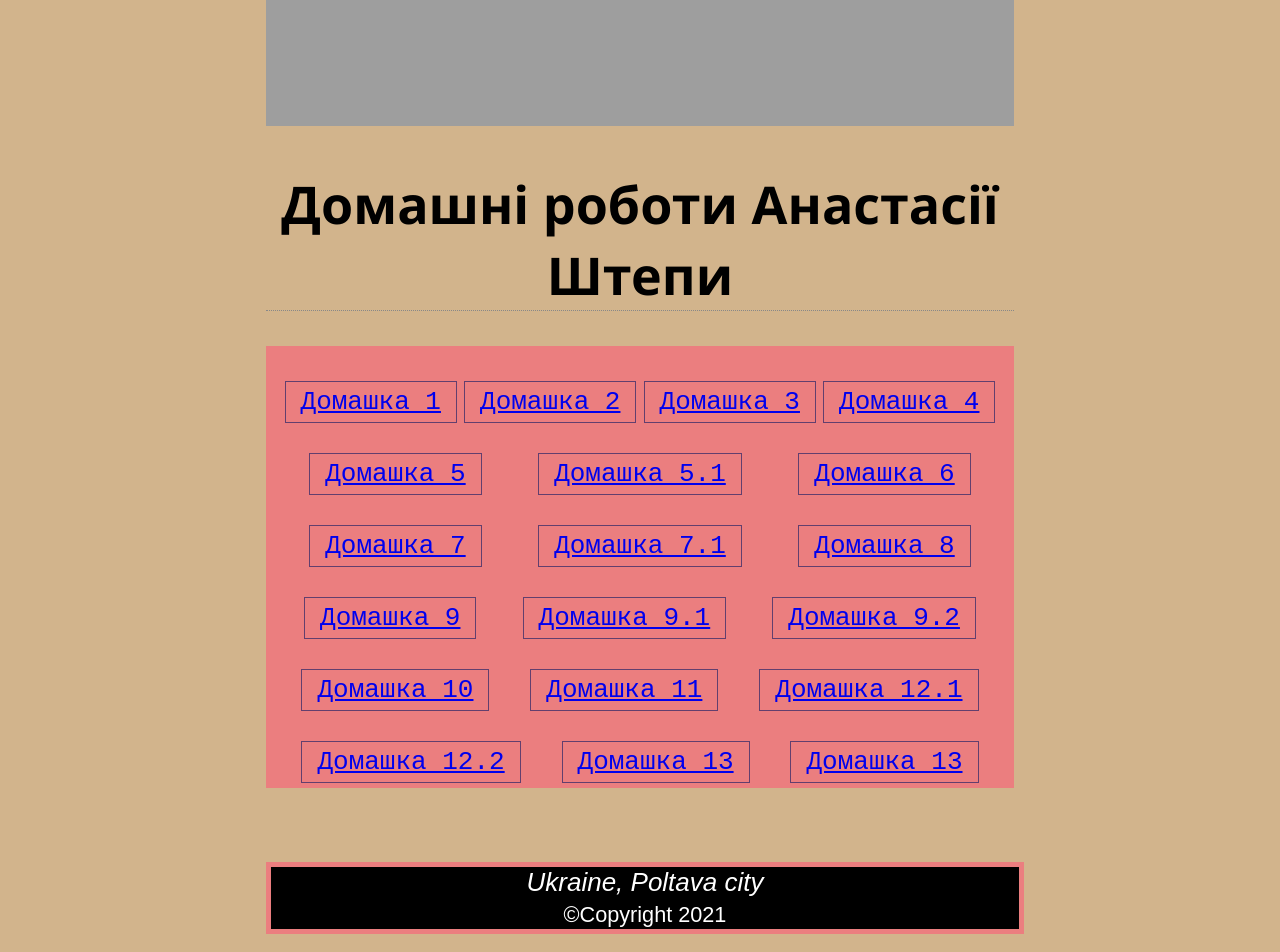
Repository: shtepaa/project-works.github.io
Page: index.html
An editor plug-in stored every save of this project. The page is shown before and after a run of saves, followed by the edit.
The browser window is 1280 px wide. The pictures show the part of the page from y = 192 to 1144 px (the page is 1144 px tall).
Pictures or frames that could not be fetched are drawn as grey boxes.

Above is the page before, as saved 2021-11-15 10:36:07.

### index.html
<!DOCTYPE html>
<html lang="en">
  <head>
    <meta charset="UTF-8" />
    <meta http-equiv="X-UA-Compatible" content="IE=edge" />
    <meta name="viewport" content="width=device-width, initial-scale=1.0" />
    <meta name="description" content="CV" />
    <meta
      name="author"
      content="Anastasiia Shtepa anastasiia.shtepa1990@gmail.com"
    />
    <title>Анастасия Штепа</title>
    <link type="text/css" rel="stylesheet" href="main.css" />
    <link rel="shortcut icon" href="./images/logo.png" type="image/png" />
  </head>
  <body>
    <!--Youtube -->
    <iframe
      width="100%"
      height="300"
      src="https://www.youtube.com/embed/FII4DRuiLLI"
      title="YouTube video player"
      frameborder="0"
      allow="accelerometer; autoplay; clipboard-write; encrypted-media; gyroscope; picture-in-picture"
      allowfullscreen
    ></iframe>
    <br />
    <header>
    <h1><b>Домашні роботи Анастасії Штепи</b></h1></header>
    <!--Домашки -->
    <div class=" container cover-box">
        <div class="cover"><a href="./resume2/index.html">Домашка 1</a></div>

        <div class="cover"><a href="./lesson-3-HTML5/lesson3.html">Домашка 2</a></div>

        <div class="cover"><a href="./lesson-4hard simple/simple/">Домашка 3</a></div>

        <div class="cover">
          <a href="./lesson-4hard simple/hard2/index.html">Домашка 4</a>
        </div>
        <div class="cover">
          <a href="./lesson-5-Figma/index.html">Домашка 5</a>
        </div>
        <div class="cover">
          <a href="./lesson 5.1 Photoshop/index.html">Домашка 5.1</a>
        </div>
        <div class="cover">
          <a href="./lesson 7/index.html">Домашка 6</a>
        </div>
        <div class="cover">
          <a href="./lesson-77/index.html">Домашка 7</a>
        </div>
        <div class="cover">
          <a href="./lesson-7.1/index.html">Домашка 7.1</a>
        </div>
        <div class="cover">
          <a href="./Les-8/index.html">Домашка 8</a>
        </div>
        <div class="cover">
          <a href="./lessons-9/index.html">Домашка 9</a>
        </div>
        <div class="cover">
          <a href="./lessons9.1/index.html">Домашка 9.1</a>
        </div>
        <div class="cover">
          <a href="./lessons- 9.2/index.html">Домашка 9.2</a>
        </div>

        <div class="cover">
          <a href="./lesson-10-homework/index.html">Домашка 10</a>
        </div>
        <div class="cover">
          <a href="./lesson-11-homework/index.html">Домашка 11</a>
        </div>
        <div class="cover">
          <a href="./lesson-12.1/index.html">Домашка 12.1</a>
        </div>
        <div class="cover">
          <a href="./lesson-12.2/index.html">Домашка 12.2</a>
        </div>
        <div class="cover">
          <a href="./lesson-13-home-work/index.html">Домашка 13</a>
        </div>
        <div class="cover">
          <a href="./lesson-13-home-work/index.html">Домашка 13</a>
        </div>
      </div>

    <!-- Локація -->
    <footer>
      <address>Ukraine, Poltava city</address>
      <small> &copy;Copyright 2021 </small>
    </footer>
  </body>
</html>

### main.css
@font-face {
  font-family: "Emblema One";
  src: url("./EmblemaOne-Regular.woff"), url("./EmblemaOne-Regular.ttf");
}

body {
  color: #000000;
  background-color: #d2b48c;
  margin-left: 20%;
  margin-right: 20%;
  padding: 10px 10px 10px 10px;
  font-family: sans-serif;
  font-size: 26px;
}

h1 {
  font-family: "Segoe UI", Tahoma, sans-serif;
  color: #000000;
  border-bottom: thin dotted #888888;
  text-align: center;
}

div {
  font-family: monospace, monospace;
  text-align: center;
  padding: 5px 15px; /* Поля */
  text-decoration: none; /* Убираем подчёркивание */
  color: #000; /* Цвет текста */
  background-color: #eb7e7f;

  margin-top: 30px;
}
div:hover {
  box-shadow: 0 0 5px rgba(0, 0, 0, 0.3); /* Тень */
  background: linear-gradient(
    to bottom,
    #623f6e,
    hsl(322, 38%, 86%)
  ); /* Градиент */
  color: #a00;
}
.cover {
  border: 1px solid #623f6e; /* Рамка */
  display: inline-block;
  padding: 5px 15px; /* Поля */
  text-decoration: none; /* Убираем подчёркивание */
  color: #000; /* Цвет текста */
  background-color: #eb7e7f;
}
.cover:hover {
  box-shadow: 0 0 5px rgba(0, 0, 0, 0.3); /* Тень */
  background: linear-gradient(to bottom, #fcfff4, #e9e9ce); /* Градиент */
  color: #a00;
}
.container {
  display: flex;
  flex-wrap: wrap;
  justify-content: space-around;
  align-items: flex-start;
}
footer {
  color: #ffffff;
  margin: 5px;
  border: 5px solid #eb7e7f;
  background-color: #000000;
  width: 100%;
  text-align: center;
  margin-top: 10%;
  margin-right: 0%;
  margin-bottom: 0%;
  margin-left: 0%;
}

After the next 2 saves:
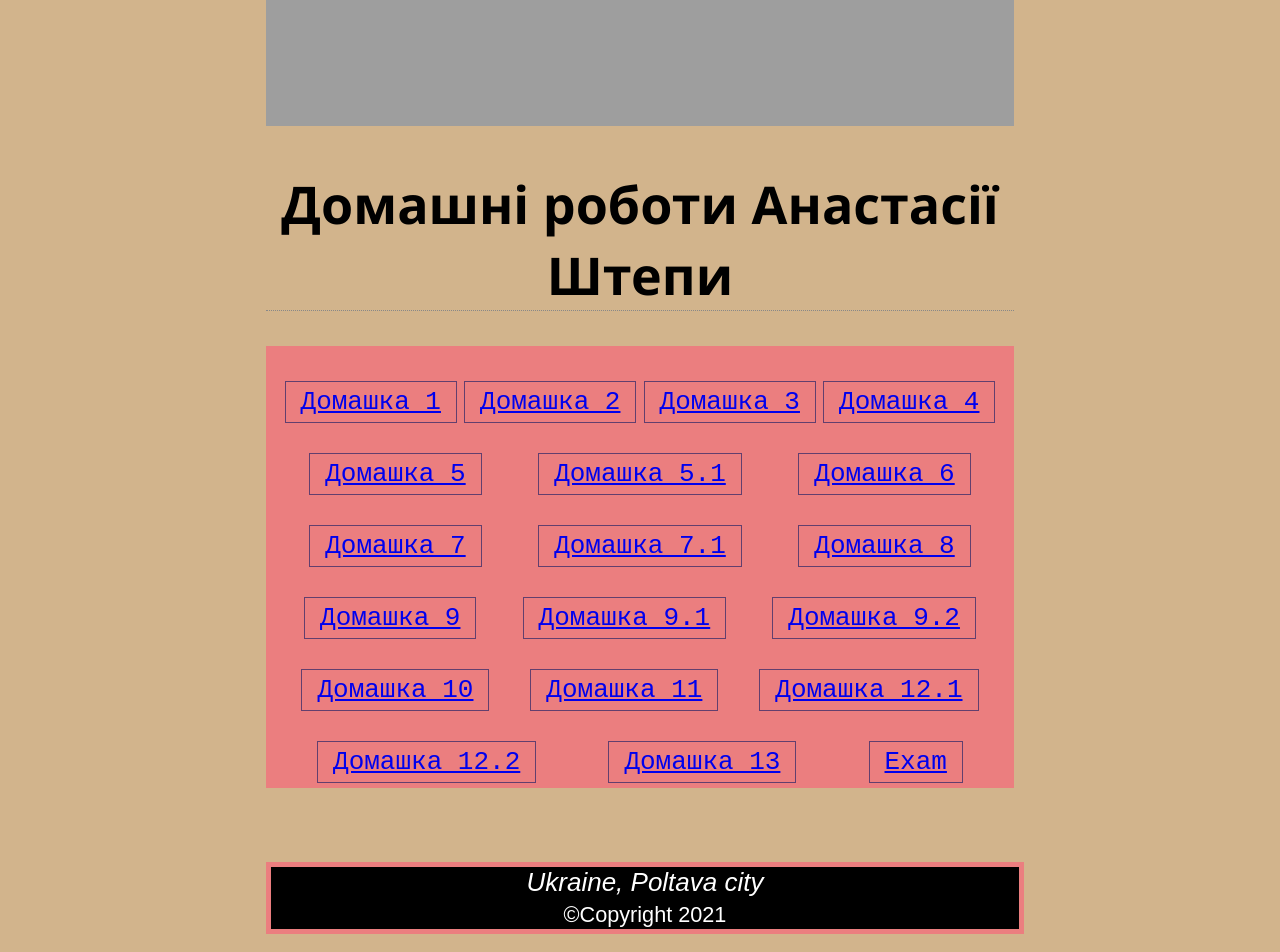
The 2 saves are shown as one change because they came seconds apart.
The last was saved 13 s later.
--- a/index.html
+++ b/index.html
@@ -82,7 +82,7 @@
           <a href="./lesson-13-home-work/index.html">Домашка 13</a>
         </div>
         <div class="cover">
-          <a href="./lesson-13-home-work/index.html">Домашка 13</a>
+          <a href="./lesson-13-home-work/index.html">Exam</a>
         </div>
       </div>
 
